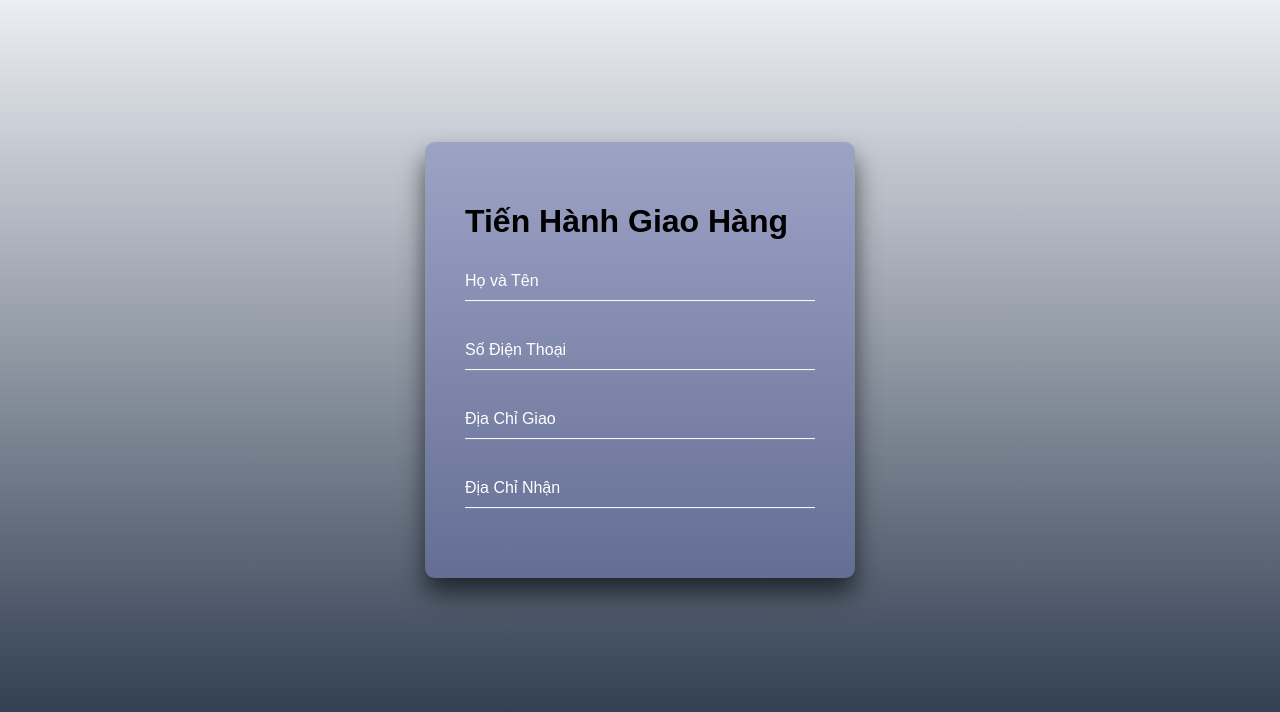
Repository: Pnguyen285/Demo
Page: Giao diện/index.html
The author's editor kept a copy of each file at every save. The page is drawn from the files as they stood at one save, then again after the next save.
The browser window is 1280 px wide. The pictures show the whole page.

Above is the page before, as saved 2023-07-27 22:01:51.

### Giao diện/index.html
<!DOCTYPE html>
<html lang="en">
<head>
  <meta charset="UTF-8">
  <meta name="viewport" content="width=device-width, initial-scale=1.0">
  <title>Document</title>
  <link rel="stylesheet" type="" href="style.css">
</head>
<body>
  <div class="login-box">
    <h1>Tiến Hành Giao Hàng</h1>
    <form>
      <div class="user-box">
        <input type="text" name="" required="">
        <label>Họ và Tên</label>
      </div>
      <div class="user-box">
        <input type="text" name="" required="">
        <label>Số Điện Thoại</label>
      </div>
      <div class="user-box">
        <input type="text" name="" required="">
        <label>Địa Chỉ Giao</label>
      </div>
      <div class="user-box">
        <input type="text" name="" required="">
        <label>Địa Chỉ Nhận</label>
      </div>

    </form>
  </div>
</body>
</html>

### Giao diện/style.css
html {
  height: 100%;
}
body {
  margin:0;
  padding:0;
  font-family: sans-serif;
  background: linear-gradient(#eceef3, #303e51);
}

.login-box {
  position: absolute;
  top: 50%;
  left: 50%;
  width: 430px;
  padding: 40px;
  transform: translate(-50%, -50%);
  background: rgba(116, 124, 184, 0.5);
  box-sizing: border-box;
  box-shadow: 0 15px 25px rgba(0,0,0,.6);
  border-radius: 10px;
}

.login-box h2 {
  margin: 0 0 30px;
  padding: 0;
  color: #fff;
  text-align: center;
}

.login-box .user-box {
  position: relative;
}

.login-box .user-box input {
  width: 100%;
  padding: 10px 0;
  font-size: 16px;
  color: #0b0909;
  margin-bottom: 30px;
  border: none;
  border-bottom: 1px solid #fff;
  outline: none;
  background: transparent;
}
.login-box .user-box label {
  position: absolute;
  top:0;
  left: 0;
  padding: 10px 0;
  font-size: 16px;
  color: #fff;
  pointer-events: none;
  transition: .5s;
}

.login-box .user-box input:focus ~ label,
.login-box .user-box input:valid ~ label {
  top: -20px;
  left: 0;
  color: #0a0704;
  font-size: 12px;
}

After the next save:
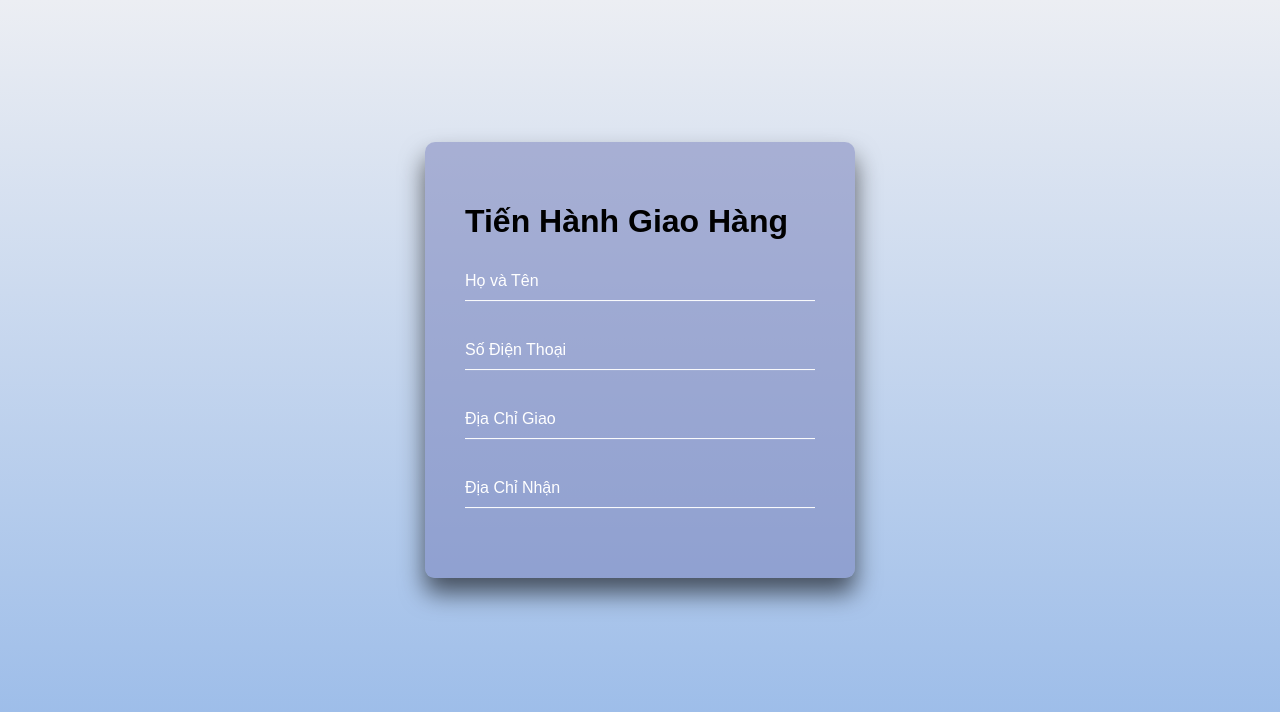
Saved 5 min 40 s later.
--- a/Giao diện/style.css
+++ b/Giao diện/style.css
@@ -5,7 +5,7 @@ body {
   margin:0;
   padding:0;
   font-family: sans-serif;
-  background: linear-gradient(#eceef3, #303e51);
+  background: linear-gradient(#eceef3, #9dbde9);
 }
 
 .login-box {
